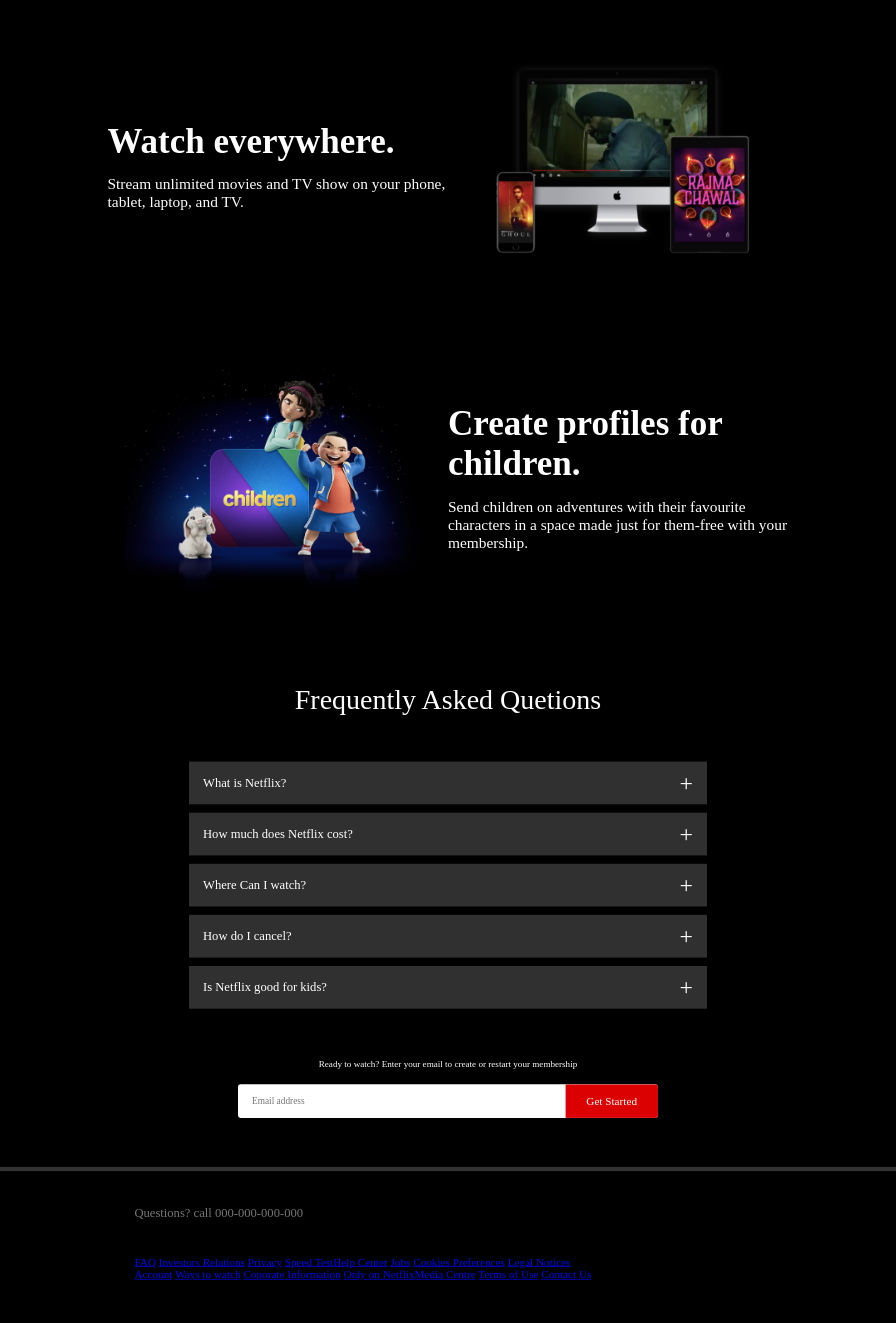
Repository: kiranjeetkaur01/netflixclone.github.io
Page: index.html
The author's editor kept a copy of each file at every save. The page is drawn from the files as they stood at one save, then again after a run of saves.
The browser window is 1280 px wide. The pictures show the part of the page from y = 1640 to 3560 px (the page is 3530 px tall before and 3560 px after), at 70% of full size.

Above is the page before, as saved 2023-09-11 19:07:20.

After the next 2 saves:
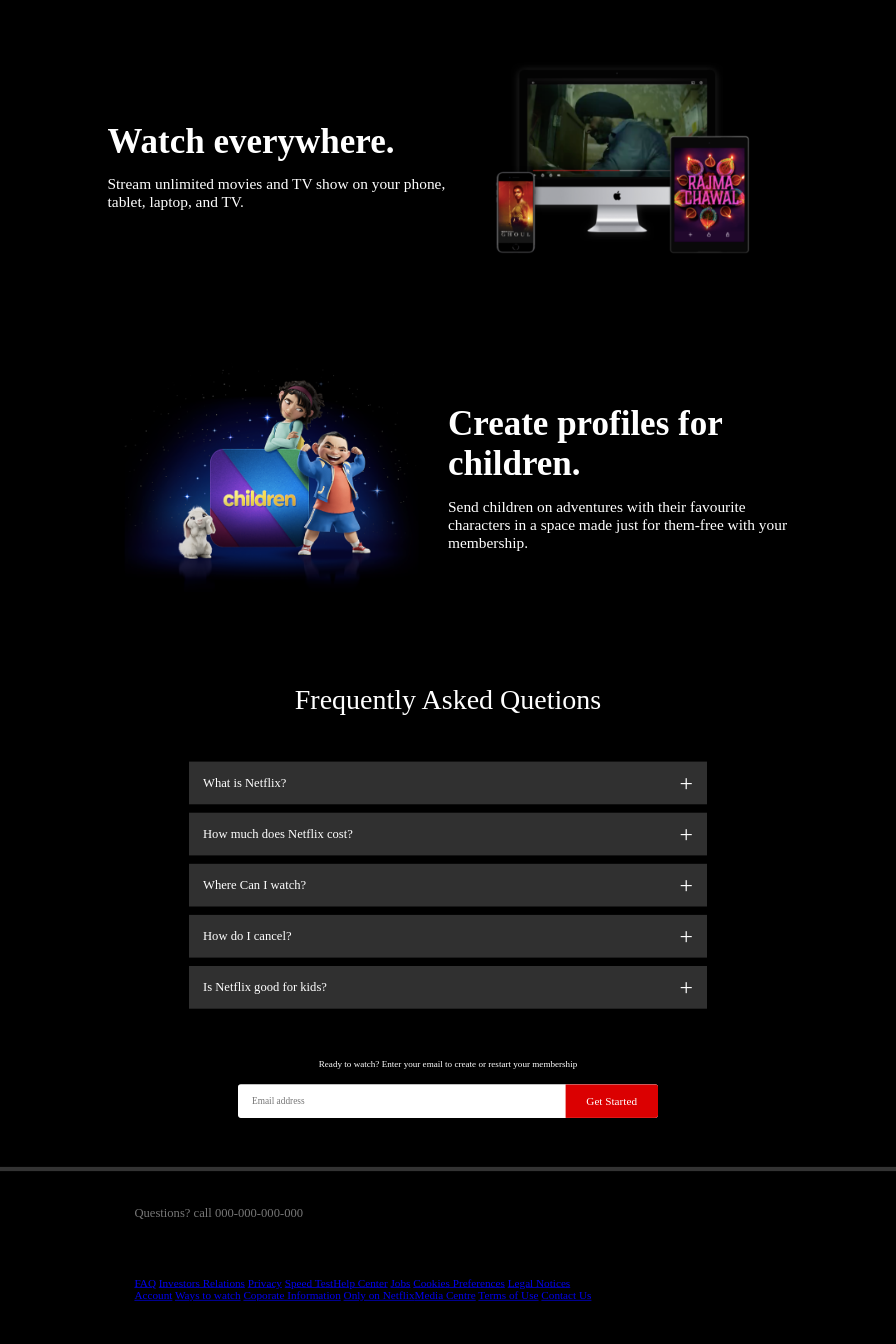
The 2 saves are shown as one change because they came seconds apart.
The last was saved 6 s later.
--- a/style.css
+++ b/style.css
@@ -201,5 +201,5 @@
 .footer h2{
     font-size: 18px;
     font-weight: 400;
-    margin
-}
+    margin-bottom: 30px;
+}
